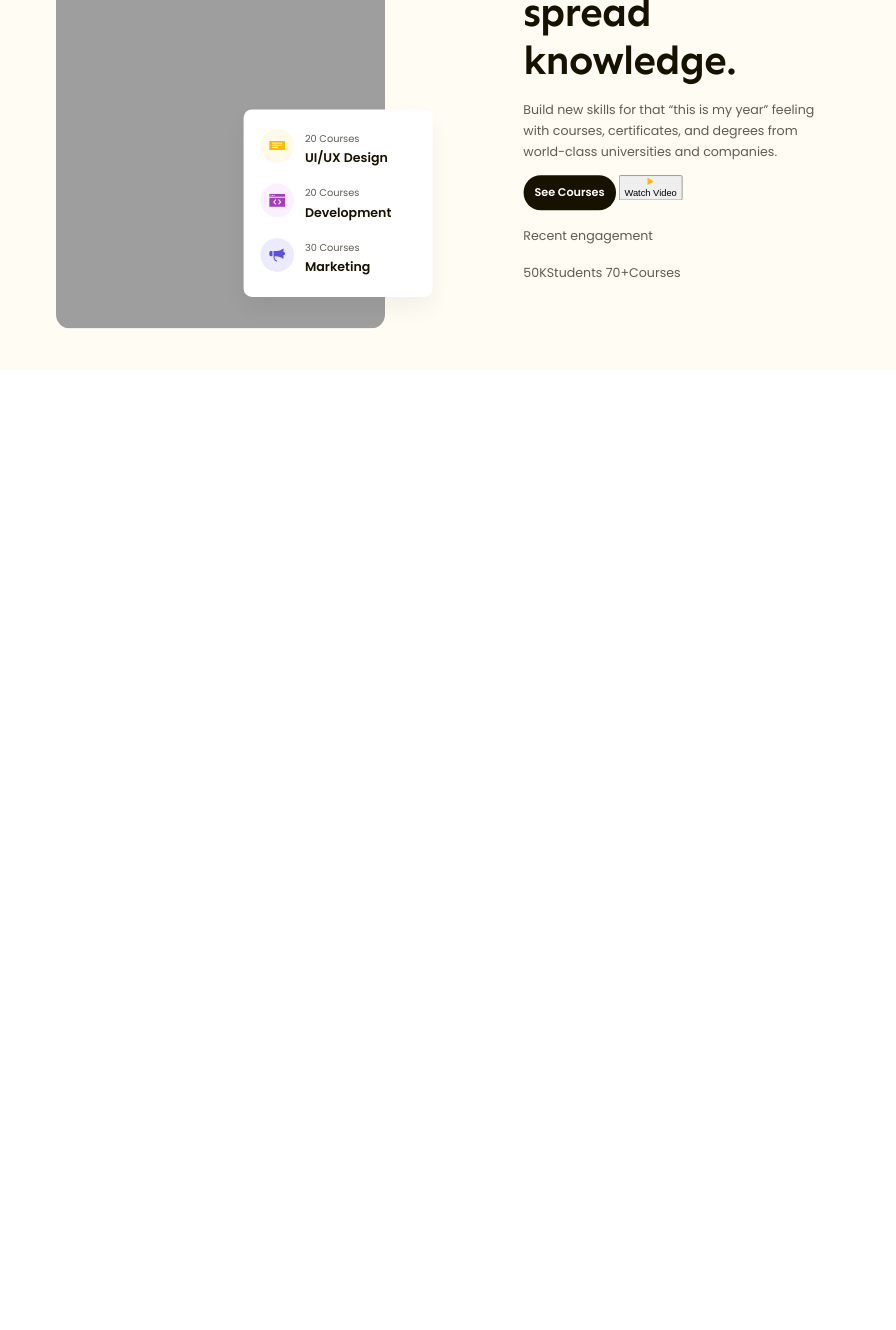
Repository: dovanlanh/f8-project-02
Page: index.html
The author's editor kept a copy of each file at every save. The page is drawn from the files as they stood at one save, then again after the next save.
The browser window is 1280 px wide. The pictures show the part of the page from y = 366 to 2266 px (the page is 10000 px tall), at 70% of full size.
Pictures or frames that could not be fetched are drawn as grey boxes.

Above is the page before, as saved 2023-02-05 11:09:39.

### index.html
<!DOCTYPE html>
<html lang="en">
<head>
    <meta charset="UTF-8">
    <meta http-equiv="X-UA-Compatible" content="IE=edge">
    <meta name="viewport" content="width=device-width, initial-scale=1.0">
    <title>F8 Project 02</title>
    <!-- reset css -->
    <link rel="stylesheet" href="./assets/css/reset.css">
    <!-- embed fonts -->
    <link rel="preconnect" href="https://fonts.googleapis.com">
    <link rel="preconnect" href="https://fonts.gstatic.com" crossorigin>
    <link href="https://fonts.googleapis.com/css2?family=Poppins:ital,wght@0,400;0,500;0,600;0,700;1,400&family=Sen:wght@700&display=swap" rel="stylesheet">
    <!-- style -->
    <link rel="stylesheet" href="./assets/css/styles.css">
</head>
<body>
    <main style=" height: 10000px">
        <!-- header  -->
        <header class="header fixed">
            <div class="main-content">
                    <div class="body">
                        <!-- logo -->
                        <img src="./assets/img/Lesson.svg" alt="Lesson" class="Logo">
                        <!-- nav -->
                        <nav class="nav">
                            <ul>
                                <li class="active">
                                    <a href="#!">Home</a>
                                </li>
                                <li>
                                    <a href="#!">Courses</a>
                                </li>
                                <li>
                                    <a href="#!">Pricing</a>
                                </li>
                                <li>
                                    <a href="#!">Reviews</a>
                                </li>
                            </ul>
                        </nav>
                        <!-- active -->
                        <div class="action">
                            <a href="#!" class="btn sign-up-btn">Sign Up</a>
                        </div>
                    </div>
            </div>
        </header>
        <!-- Hero -->
        <div class="hero">
            <div class="main-content">
                <div class="body">
                    <!-- Hero left -->
                    <div class="media-block">
                        <img src="./assets/img/guy-lesson.svg" alt="" class="img">
                        <div class="hero-summary">
                            <div class="item">
                                <div class="icon">
                                    <img src="./assets/img/list-icon1.svg" alt="">
                                </div>
                                <div class="info">
                                    <p class="label">20 Courses</p>
                                    <p class="tittle">UI/UX Design</p>
                                </div>
                            </div>
                            <div class="item">
                                <div class="icon">
                                    <img src="./assets/img/list-icon2.svg" alt="">
                                </div>
                                <div class="info">
                                    <p class="label">20 Courses</p>
                                    <p class="tittle">Development</p>
                                </div>
                            </div>
                            <div class="item">
                                <div class="icon">
                                    <img src="./assets/img/list-icon3.svg" alt="">
                                </div>
                                <div class="info">
                                    <p class="label">30 Courses</p>
                                    <p class="tittle">Marketing</p>
                                </div>
                            </div>
                        </div>
                    </div>
                    <!-- hero-right -->
                    <div class="content-block">
                        <h1 class="heading">Learn without limits and spread knowledge.</h1>
                        <p class="desc">
                            Build new skills for that “this is my year” feeling with courses, certificates, and degrees from world-class universities and companies.
                        </p>
                            <div class="cta-group">
                                <a href="#!" class="btn hero-cta">See Courses</a>
                                <button class="watch-video">
                                    <div class="icon">
                                        <img src="./assets/img/icon-watch-video.svg" alt="">
                                    </div>
                                    <span>Watch Video</span>
                                </button>
                            </div>
                        <p class="desc">Recent engagement</p>
                        <div class="desc stats">
                            <strong>50K</strong>Students
                            <strong>70+</strong>Courses
                        </div>
                    </div>
                </div>
            </div>
        </div>

    </main>
</body>
</html>

### assets/css/styles.css
* {
    box-sizing: border-box;
}
:root {
    --font-heading: sen, sans-serif;
}
html,
body {
    scroll-behavior: smooth;
    font-size: 62.5%;
}

html {
    font-size: 62.5%;
}

body {
    font-size: 1.6rem;
    font-family: 'Poppins', sans-serif;
}

/* common */
a {
    text-decoration: none;
}
.main-content {
    width: 1170px;
    max-width: calc(100% - 48px);
    margin-left: auto;
    margin-right: auto;
}
.btn {
    min-width: 118px;
    display: inline-block;
    padding: 0 16px;
    align-items: center;
    line-height: 50px;
    font-weight: 600;
    font-size: 1.6rem;
    text-align: center;
    color: #FFFFFF;
    background: #171100;
    border-radius: 24.5px;
}
/* header */
.header {
    background:#FFFCF4;
}
.header.fixed {
    position: sticky;
    top: -32px;
}
.header .body {
    display: flex;
    align-items: center;
    padding: 36px 0 8px;
}
.nav ul {
    display: flex;
}

.nav {
    margin-left: auto;
}
.nav a {
    position: relative;
    padding: 8px 21px;
    font-weight: 400;
    font-size: 1.6rem;
    color: #5F5B53;
}
.nav a:hover,
.nav li.active a {
    text-shadow: 1px 0 0 currentColor;
    color: #171100;
}
.nav li.active a::after {
    left: 21px;
    bottom: 6px;
    display: block;
    content: "";
    position: absolute;
    width: 12px;
    height: 2px;
    background: #171100;
    border-radius: 1px;
}
.header .sign-up-btn {
    min-width: 144px;
}
.header .action {
    margin-left: 49px;
}

/* hero */
.hero {
    padding: 56px;
    background:#FFFCF4;
}
.hero .body {
    display: flex;
}
/* hero left */
.hero .media-block {
    width: 48%;
    position: relative;
}

.hero .media-block .img {
    width: 470px;
    height: 685px;
    object-fit: cover;
    border-radius: 20px;
}
.hero .media-block .hero-summary {
    position: absolute;
    right: 0;
    bottom: 48px;
}
.hero .hero-summary {
    width: 270px;
    padding: 28px 24px;
    background: #FFFFFF;
    box-shadow: 0px 16px 32px rgba(0, 0, 0, 0.05);
    border-radius: 12px;
}
.hero-summary .item {
    display: flex;
}
.hero-summary .icon {
    width: 48px;
    height: 48px;
    border-radius: 50%;
    display: flex;
    align-items: center;
    justify-content: center;
    background: #FFF9E8;
}
.hero-summary .info {
    margin-left: 16px;
}
.hero-summary .label {
    font-weight: 400;
    font-size: 1.4rem;
    line-height: 1.86;
    color: #5F5B53;
}
.hero-summary .tittle {
    font-weight: 600;
    font-size: 1.8rem;
    line-height: 1.67;
    color: #171100;
}
.hero-summary .item + .item {
    margin-top: 22px;
}
.hero-summary .item:nth-of-type(2) .icon {
    background: #FCEFFF;
}
.hero-summary .item:nth-of-type(3) .icon {
    background: #EBEAFF;
}
/* hero right */
.hero .content-block {
    width: 52%;
    padding: 64px 0 0 130px;
}
.hero .content-block .heading {
    font-family: var(--font-heading);
    font-weight: 700;
    font-size: 5.8rem;
    line-height: 1.17;
    letter-spacing: -0.02em;
    color: #171100;
}
.content-block .desc {
    margin-top: 22px;
    font-weight: 400;
    font-size: 1.8rem;
    line-height: 1.67;
    color: #5F5B53;
}
.content-block .cta-group {
    margin-top: 18px;
}

Loaded but not shown: assets/css/reset.css (common file)

After the next save:
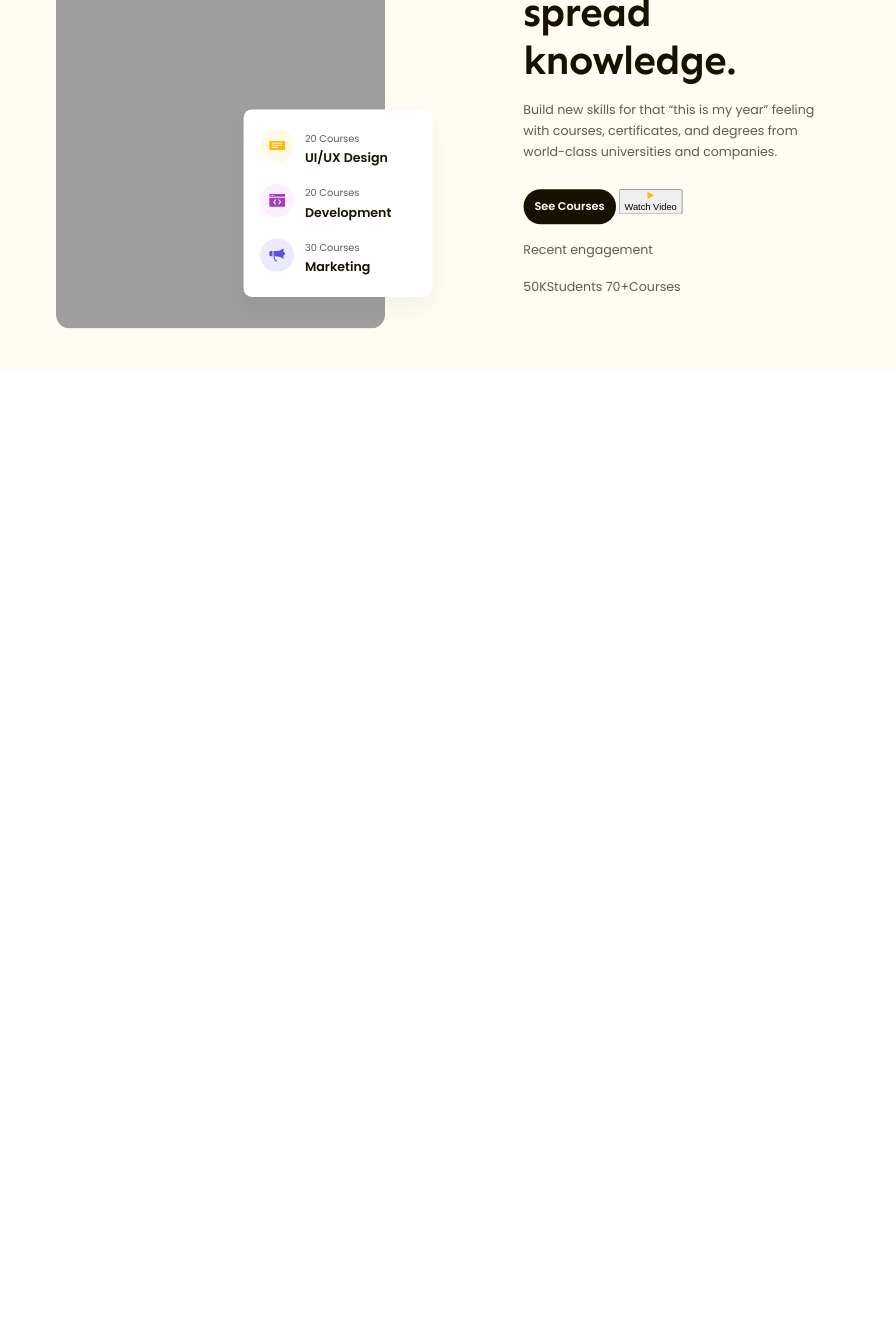
Saved 9 s later.
--- a/assets/css/styles.css
+++ b/assets/css/styles.css
@@ -181,5 +181,5 @@ a {
     color: #5F5B53;
 }
 .content-block .cta-group {
-    margin-top: 18px;
+    margin-top: 38px;
 }
